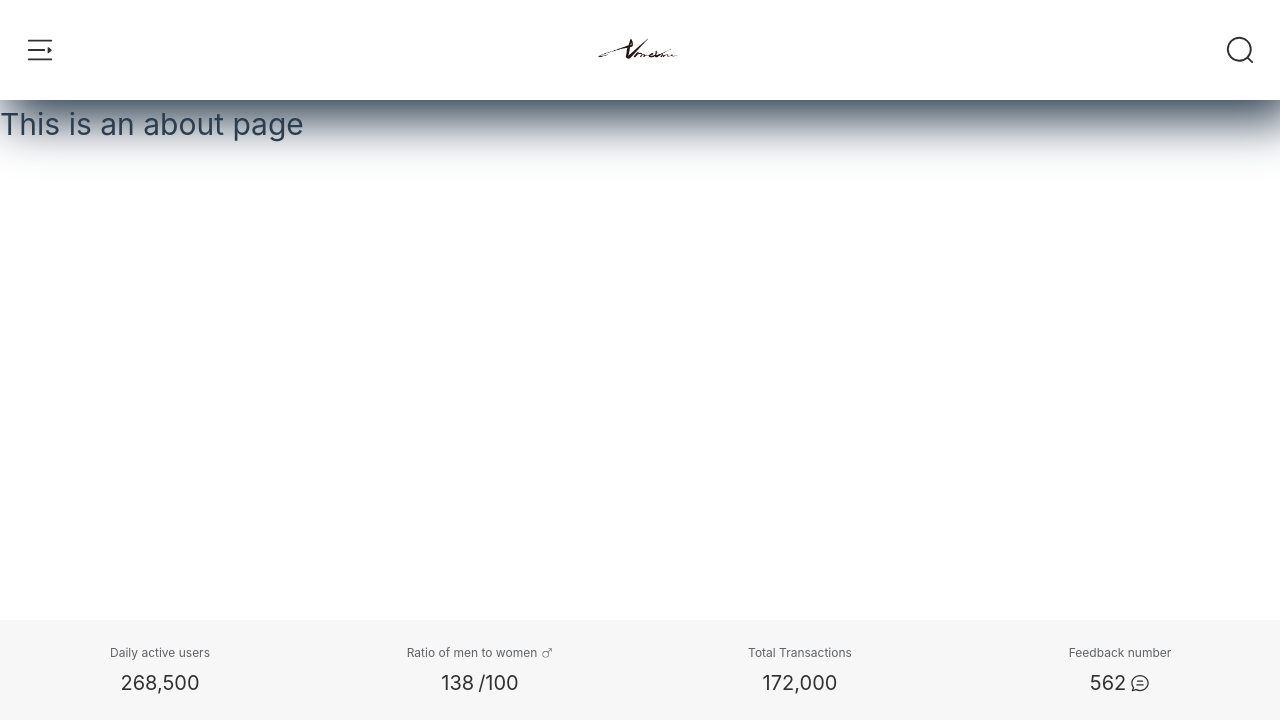
Repository: Umbrella-git/Vinevine
Page: /about
These files come from the project's save history. The page is drawn as it stood at one moment and after the next save; the edit follows.
The browser window is 1280 px wide. The pictures show the whole page.
The project was rebuilt for these pictures with package versions that can differ from the ones it lists, and the page was loaded fresh each time. Also part of the build but not shown: vite.config.ts, src/components/ImgComputed.vue, src/views/HomeView.vue, src/assets/iconfont.js.

Above is the page before, as saved 2025-07-24 21:33:38.

After the next save:
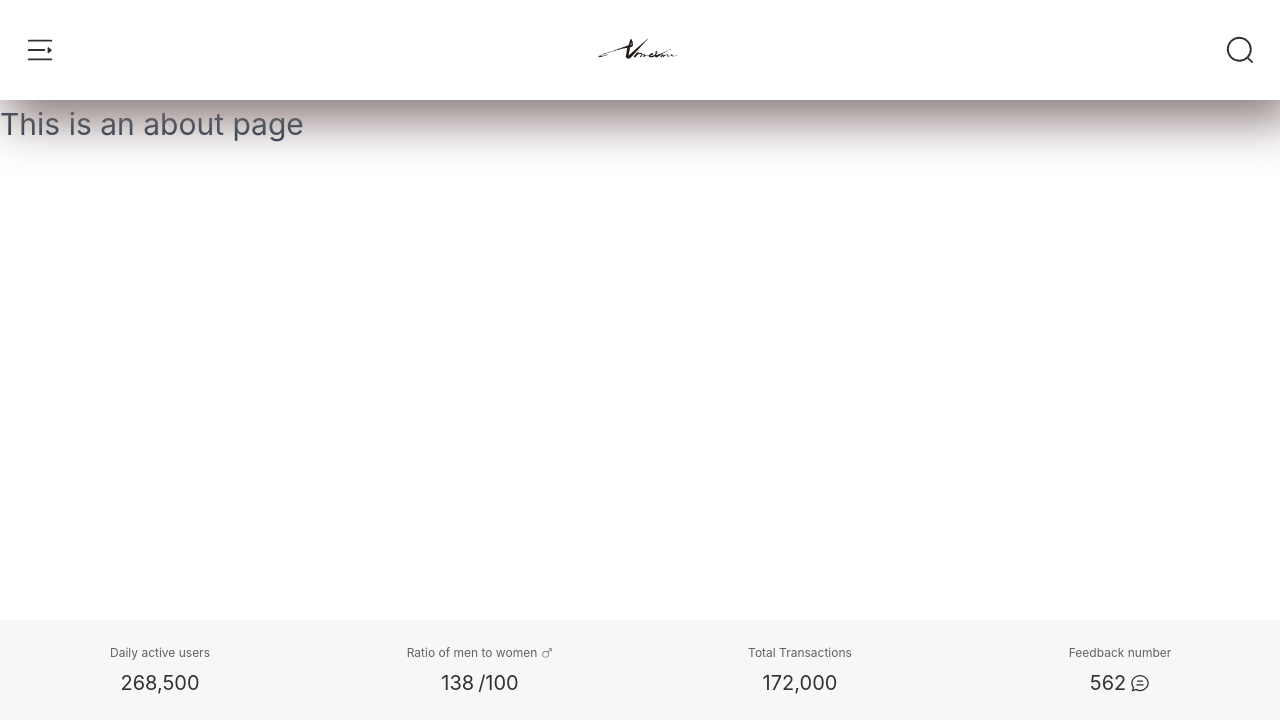
Saved 110 s later.
--- a/src/components/Header.vue
+++ b/src/components/Header.vue
@@ -54,7 +54,7 @@
 
 <style scoped>
 .header {
-  box-shadow: 10px 15px 50px 5px;
+  box-shadow: 10px 15px 50px 5px #877676;
   display: flex;
   justify-content: space-between;
   padding: 10px;
